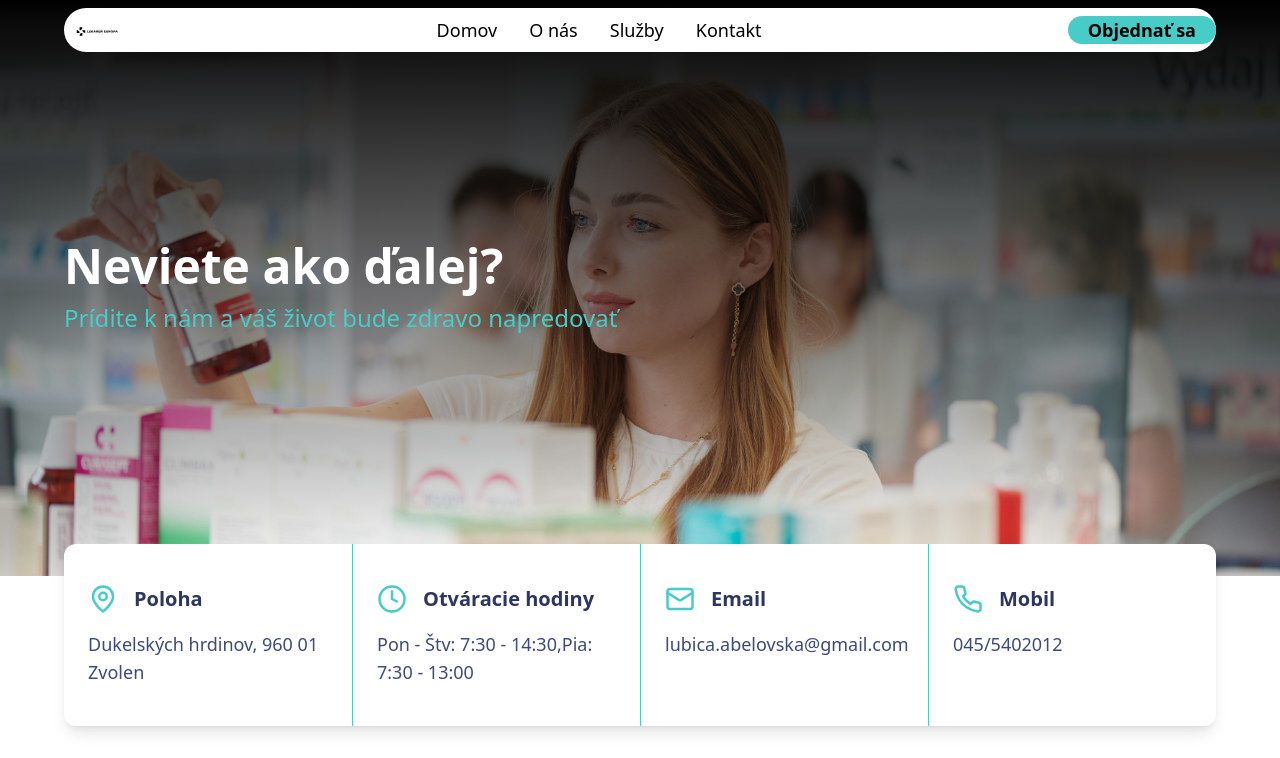
Repository: SimonSkoda13/Lekaren
Page: /
An editor plug-in stored every save of this project. The page is shown before and after the next save, followed by the edit.
The browser window is 1280 px wide. The pictures show the whole page.
The project was rebuilt for these pictures with package versions that can differ from the ones it lists, and the page was loaded fresh each time. The framework's server and built-in components were replaced by stand-ins that run in the browser. Also part of the build but not shown: next.config.js.

Above is the page before, as saved 2023-04-22 19:23:18.

After the next save:
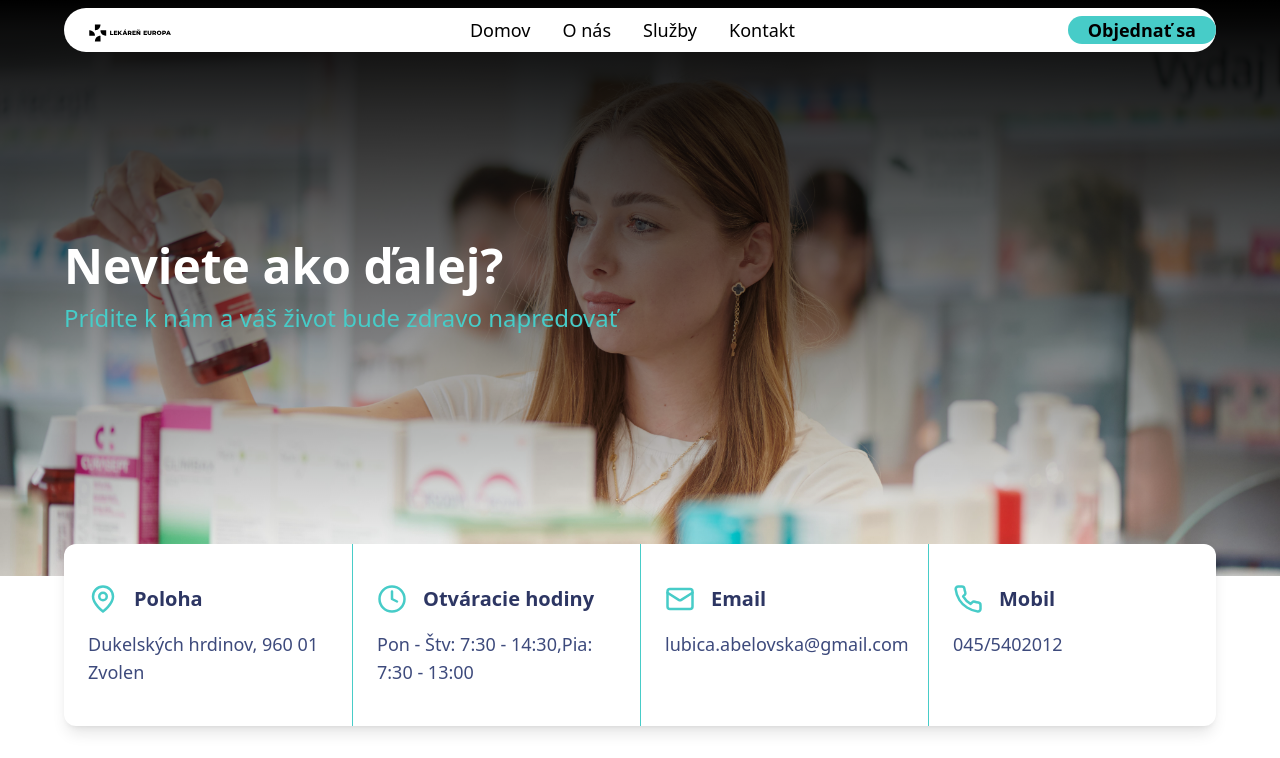
Saved 7 s later.
--- a/src/app/components/Header/Header.tsx
+++ b/src/app/components/Header/Header.tsx
@@ -8,7 +8,7 @@ export const Header = (props: HeaderProps) => {
   return (
     <header className="cntn fixed w-full top-2 z-10">
       <div className="flex bg-white rounded-full items-center">
-        <img src="/headerLogo.svg" className="h-5 w-auto" />
+        <img src="/headerLogo.svg" className="h-10 w-auto" />
         <div className="py-2 px-4 flex gap-8 items-center mx-auto text-lg font-medium">
           <Link href="/">Domov</Link>
           <Link href="/onas">O nás</Link>
